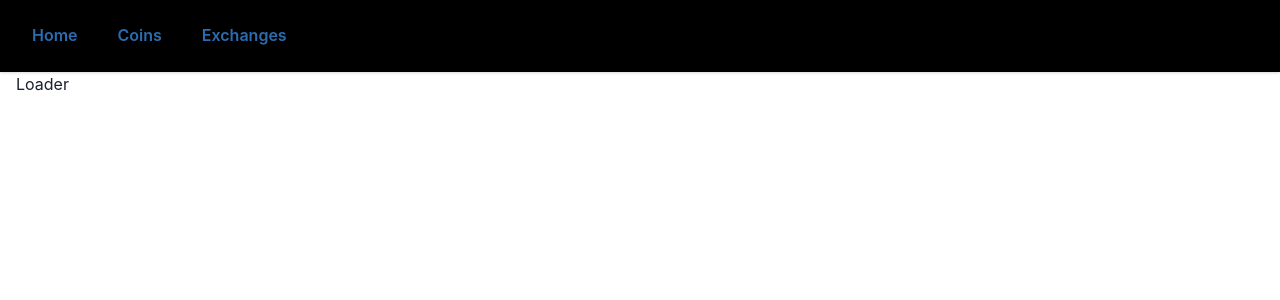
Repository: Attar786/cryptoapp
Page: /exchanges
The author's editor kept a copy of each file at every save. The page is drawn from the files as they stood at one save, then again after the next save.
The browser window is 1280 px wide. The pictures show the whole page.
The page's requests for data from a server got no answer. The project was rebuilt for these pictures with package versions that can differ from the ones it lists, and the page was loaded fresh each time. No one was signed in, and anything a server would have sent is missing. Also part of the build but not shown: vite.config.js, src/components/Home.jsx, src/components/Coins.jsx, src/components/CoinDetails.jsx, src/index.css.

Above is the page before, as saved 2024-03-17 13:59:53.

After the next save:
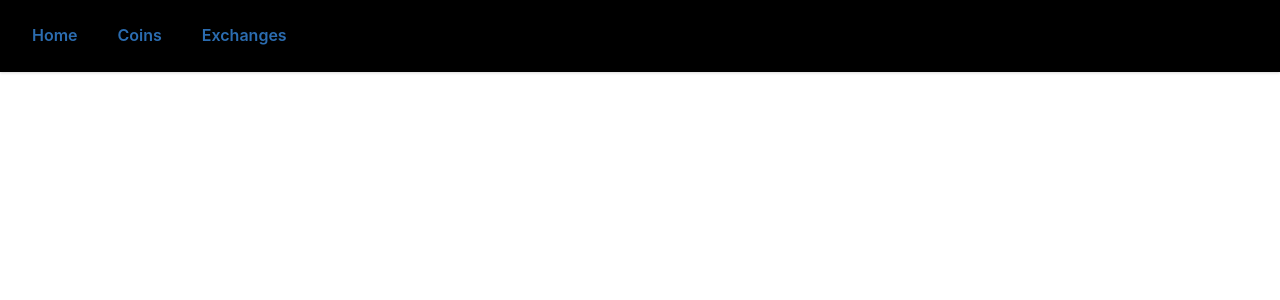
Saved 52 s later.
--- a/src/components/Exhanges.jsx
+++ b/src/components/Exhanges.jsx
@@ -20,6 +20,9 @@ try {
 
 } catch (error) {
 
+  setError(true);
+
+  setLoading(false)
 }
 
 
